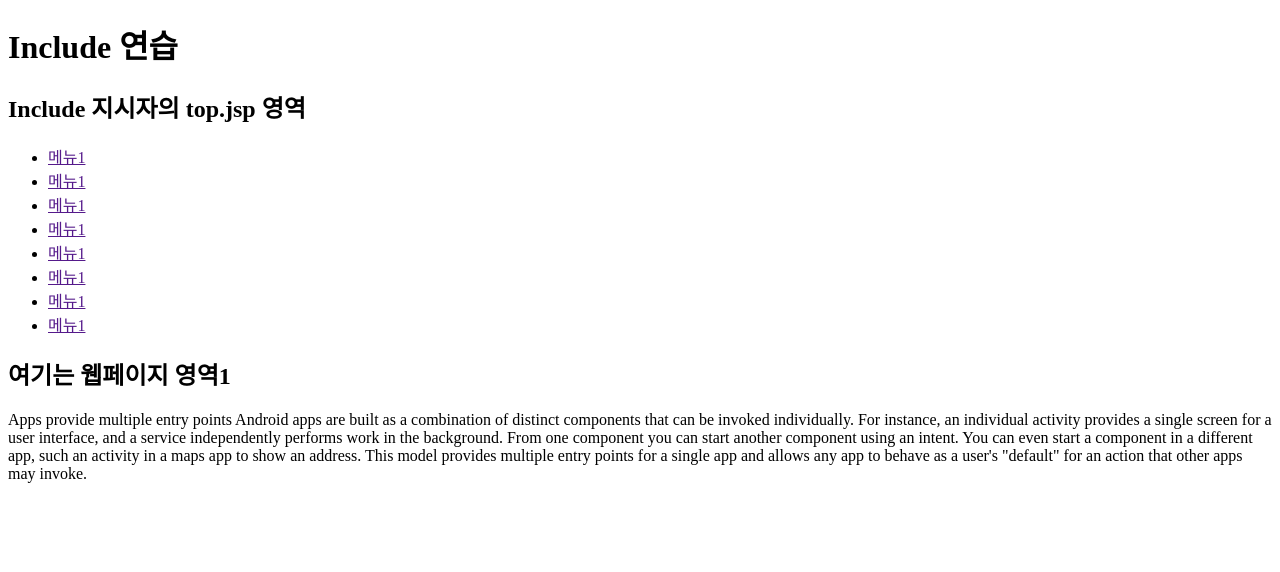
Repository: dev-sean/kosta
Page: http://localhost/jsp_1105_mybatis/ex1_sample.jsp
An editor plug-in stored every save of this project. The page is shown before and after the next save, followed by the edit.
The browser window is 1280 px wide. The pictures show the whole page.
Some web libraries are served in a nearby version. The page is served by Tomcat 9. Other server files are loaded and not shown.

Above is the page before, as saved 2014-11-04 01:15:01.

### jsp/jsp_1105_mybatis/WebContent/ex1_sample.jsp
<%@ page language="java" contentType="text/html; charset=EUC-KR"
	pageEncoding="EUC-KR"%>
<!DOCTYPE html>
<html>
<head>
<meta charset="EUC-KR">
<title>Insert title here</title>
<script src="//code.jquery.com/jquery-1.11.0.min.js"></script>
<script src="//code.jquery.com/jquery-migrate-1.2.1.min.js"></script>
<style>
</style>
<script>
	$(document).ready(function() {

	});
</script>
</head>
<body>
	<div id="wrap">
		<header>
			<h1>Include 연습</h1>
			<h2>Include 지시자의 top.jsp 영역</h2>
		</header>
		<nav>
			<ul>
				<li><a href="">메뉴1</a></li>
				<li><a href="">메뉴1</a></li>
				<li><a href="">메뉴1</a></li>
				<li><a href="">메뉴1</a></li>
				<li><a href="">메뉴1</a></li>
				<li><a href="">메뉴1</a></li>
				<li><a href="">메뉴1</a></li>
				<li><a href="">메뉴1</a></li>
			</ul>
		</nav>
		<article>
			<h2>여기는 웹페이지 영역1</h2>
			<p>Apps provide multiple entry points Android apps are built as a
				combination of distinct components that can be invoked individually.
				For instance, an individual activity provides a single screen for a
				user interface, and a service independently performs work in the
				background. From one component you can start another component using
				an intent. You can even start a component in a different app, such
				an activity in a maps app to show an address. This model provides
				multiple entry points for a single app and allows any app to behave
				as a user's "default" for an action that other apps may invoke.</p>
		</article>
	</div>
</body>
</html>

After the next save:
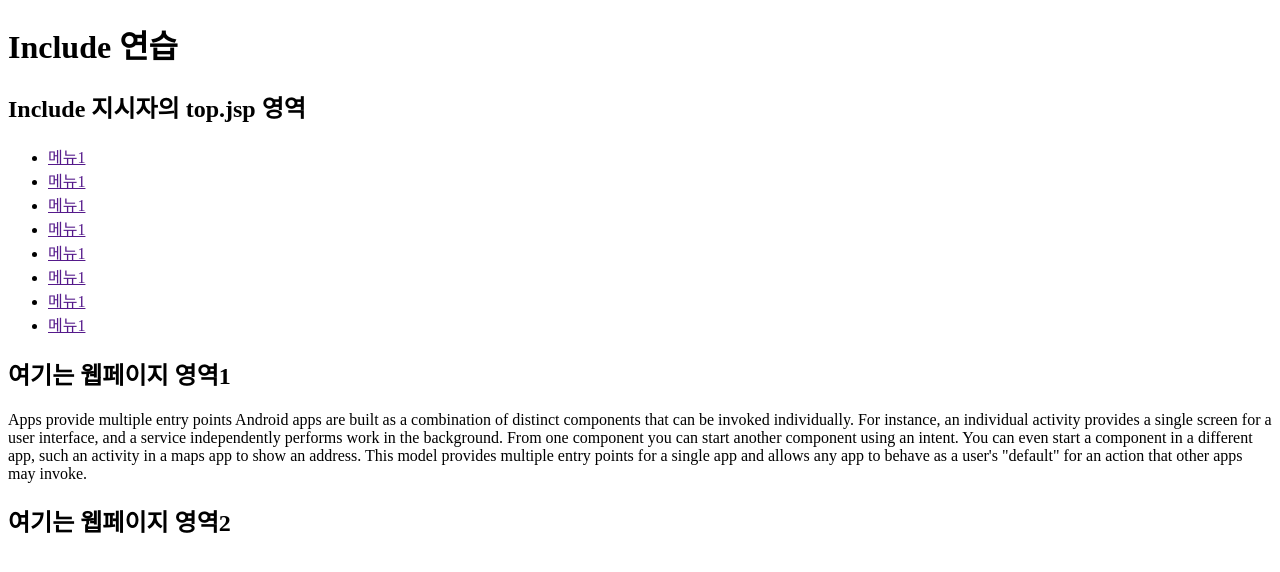
Saved 2 min 6 s later.
--- a/jsp/jsp_1105_mybatis/WebContent/ex1_sample.jsp
+++ b/jsp/jsp_1105_mybatis/WebContent/ex1_sample.jsp
@@ -34,7 +34,10 @@
 			</ul>
 		</nav>
 		<article>
-			<h2>여기는 웹페이지 영역1</h2>
+			<header>
+				<h2>여기는 웹페이지 영역1</h2>
+			</header>
+
 			<p>Apps provide multiple entry points Android apps are built as a
 				combination of distinct components that can be invoked individually.
 				For instance, an individual activity provides a single screen for a
@@ -44,6 +47,12 @@
 				an activity in a maps app to show an address. This model provides
 				multiple entry points for a single app and allows any app to behave
 				as a user's "default" for an action that other apps may invoke.</p>
+			<section>
+				<header>
+					<h2>여기는 웹페이지 영역2</h2>
+				</header>
+
+			</section>
 		</article>
 	</div>
 </body>
